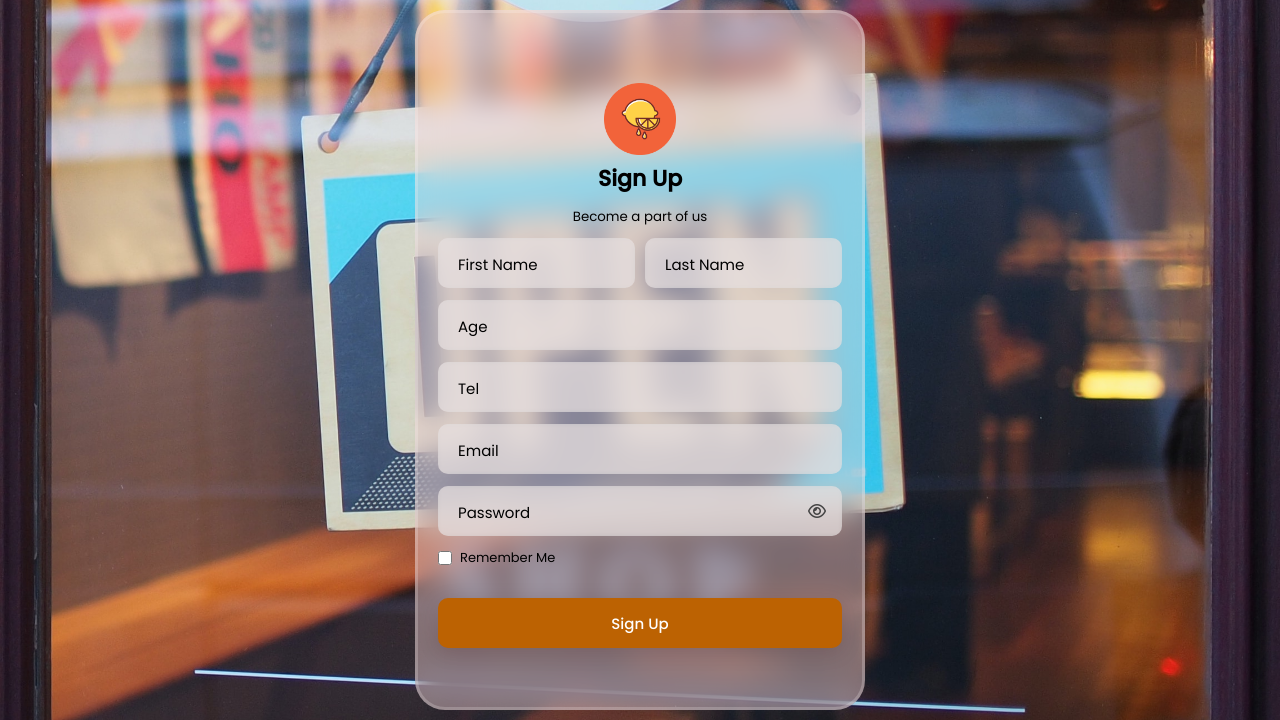
Repository: MauDucKG/BigFarm
Page: http://localhost/BigFarm/views/main/register/index.php?page=main&controller=register&action=submit
An editor plug-in stored every save of this project. The page is shown before and after the next save, followed by the edit.
The browser window is 1280 px wide. The pictures show the whole page.
Some web libraries are served in a nearby version. The page is run by PHP 8.4 with error messages shown; the project is at /var/www/html/.

Above is the page before, as saved 2023-04-26 22:23:48.

After the next save:
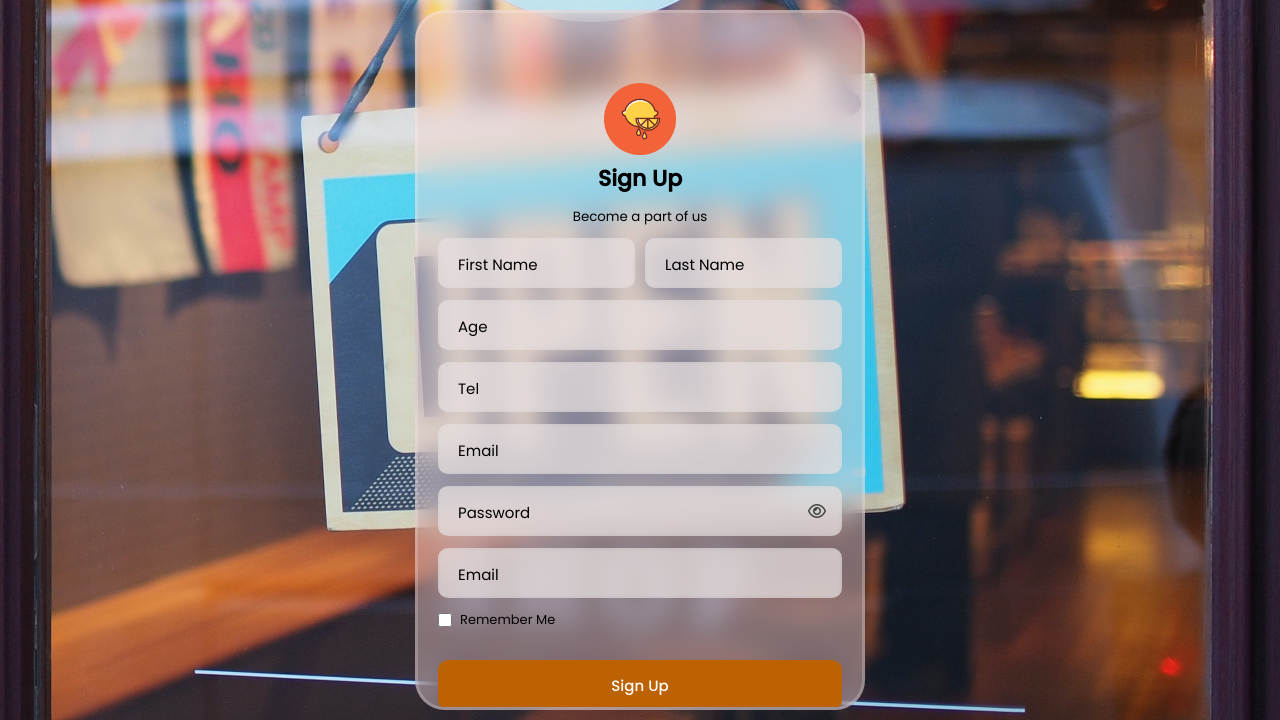
Saved 59 s later.
--- a/views/main/register/index.php
+++ b/views/main/register/index.php
@@ -209,7 +209,10 @@ i{
                                 </div>
                          </div>
                     </div>
-
+                    <div class="input-field">
+                        <input type="text" class="input-box" id="email" name="email" required>
+                        <label for="regUser">Email</label>
+                    </div>
 				</div>
                     <div class="remember">
                         <input type="checkbox" id="formCheck-2" class="check">
